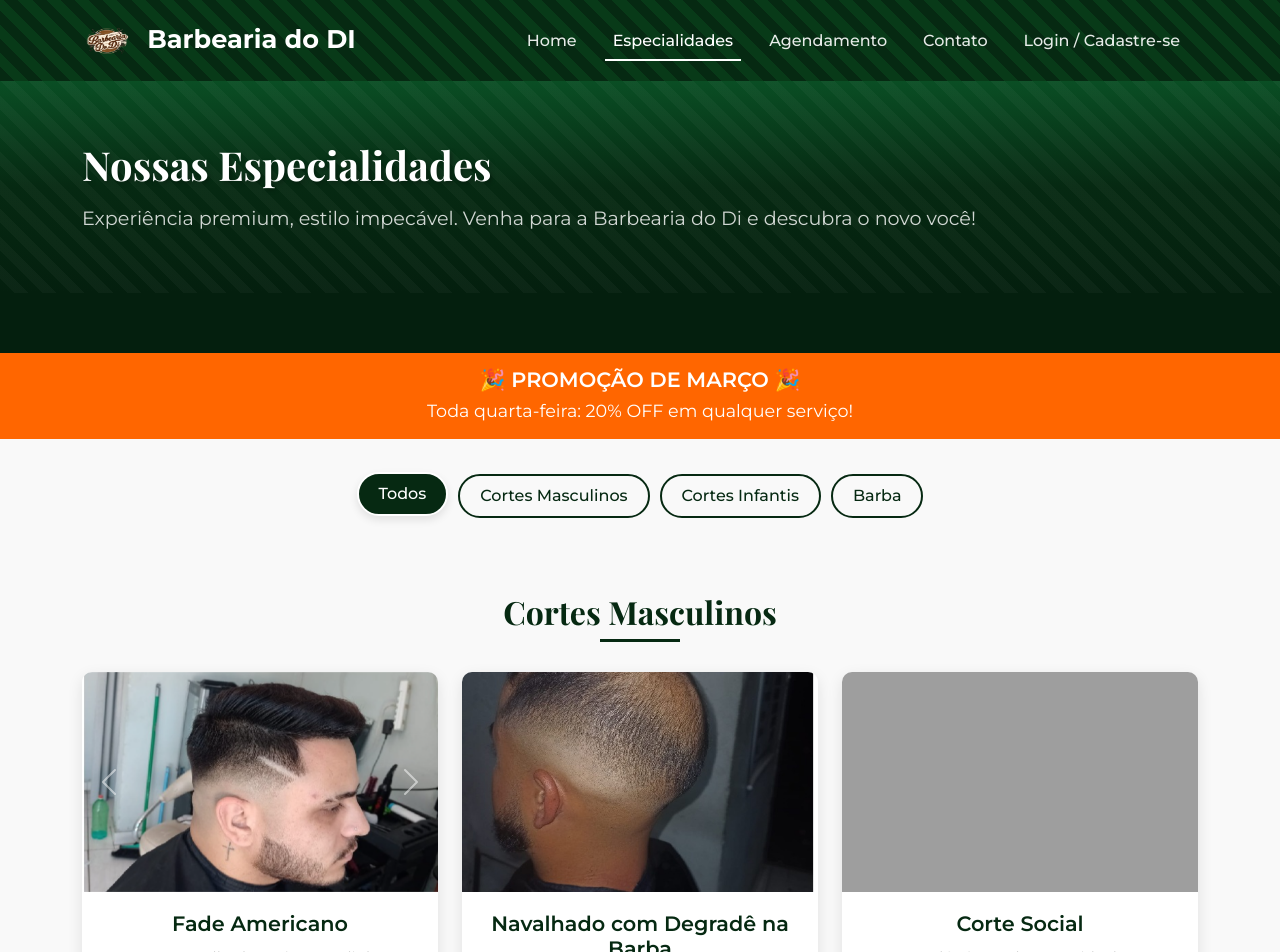
Repository: MichelAlmeida1990/Barbearia-do-Di
Page: especialidades.html
These files come from the project's save history. The page is drawn as it stood at one moment and after a run of saves; the edit follows.
The browser window is 1280 px wide. The pictures show the part of the page from y = 0 to 952 px (the page is 4203 px tall before and 4216 px after).
Pictures or frames that could not be fetched are drawn as grey boxes.

Above is the page before, as saved 2025-04-30 09:36:51.

After the next 2 saves:
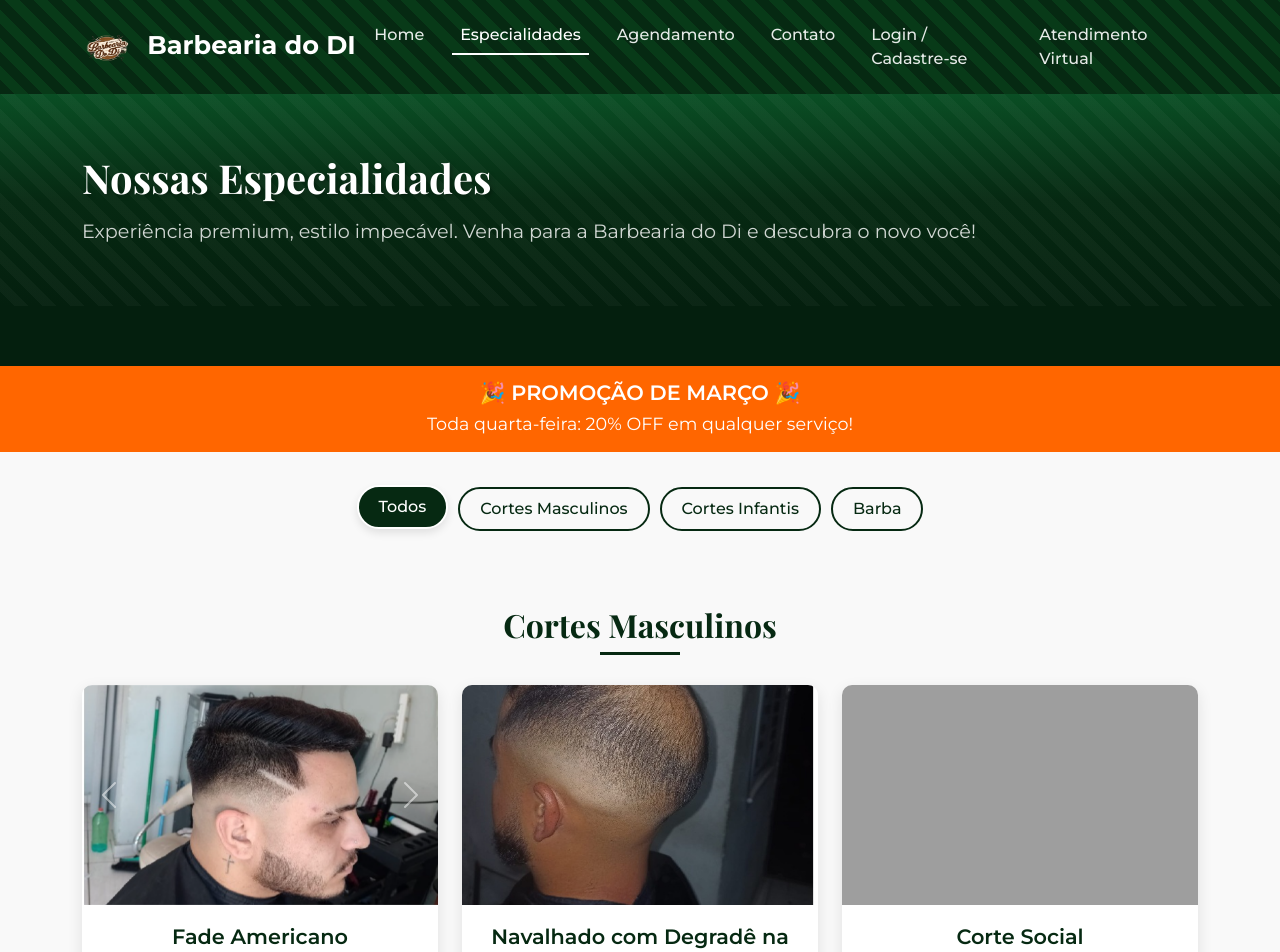
The 2 saves are shown as one change because they came seconds apart.
The last was saved 6 min 13 s later.
--- a/especialidades.html
+++ b/especialidades.html
@@ -50,6 +50,9 @@
           </li>
           <li class="nav-item">
             <a class="nav-link" href="login.html">Login / Cadastre-se</a>
+          </li>
+          <li class="nav-item">
+            <a class="nav-link" href="atendimento-virtual.html">Atendimento Virtual</a>
           </li>
         </ul>
       </div>

After the save that followed:
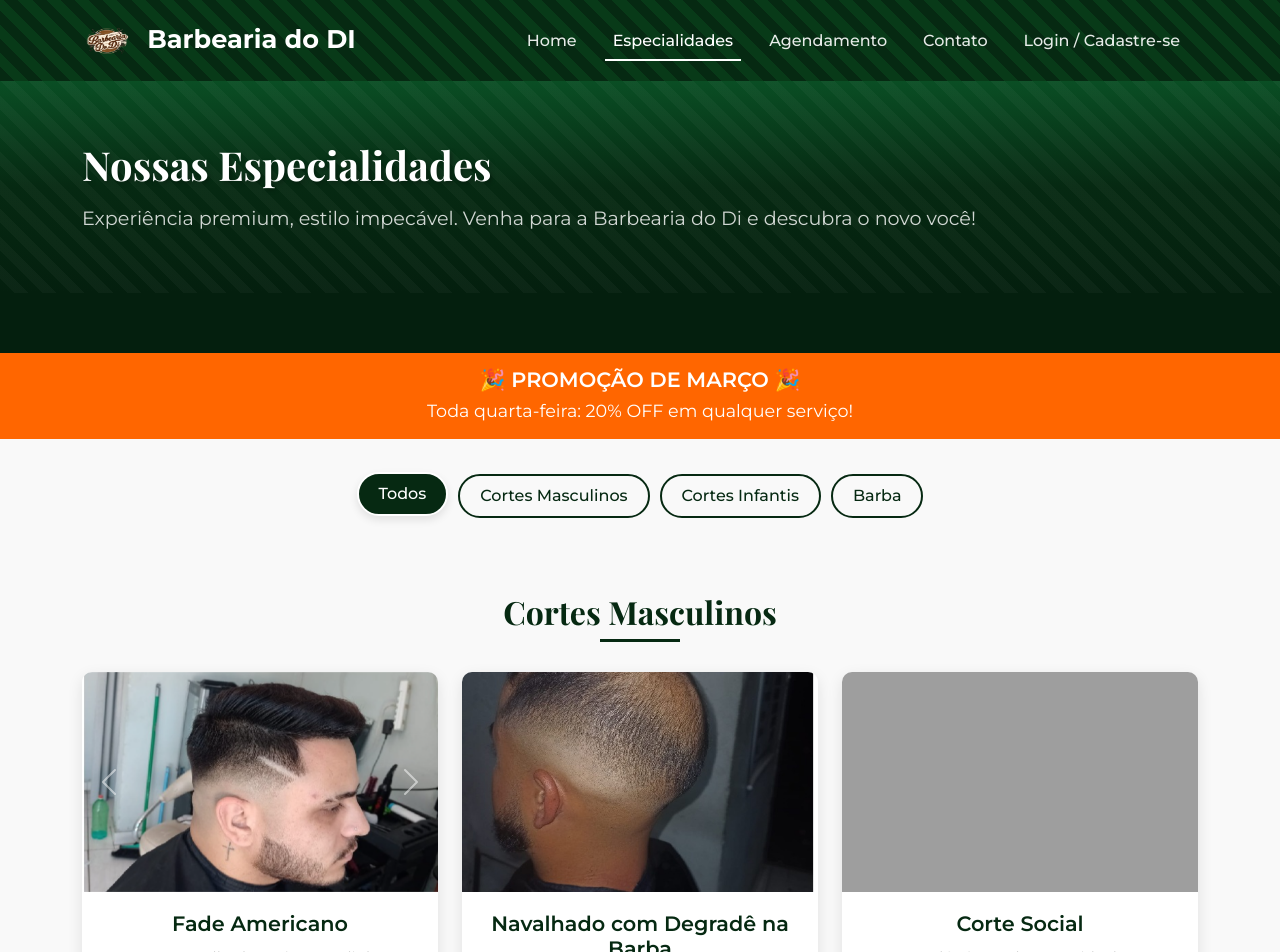
Saved 44 s later.
--- a/especialidades.html
+++ b/especialidades.html
@@ -51,9 +51,7 @@
           <li class="nav-item">
             <a class="nav-link" href="login.html">Login / Cadastre-se</a>
           </li>
-          <li class="nav-item">
-            <a class="nav-link" href="atendimento-virtual.html">Atendimento Virtual</a>
-          </li>
+
         </ul>
       </div>
     </div>
